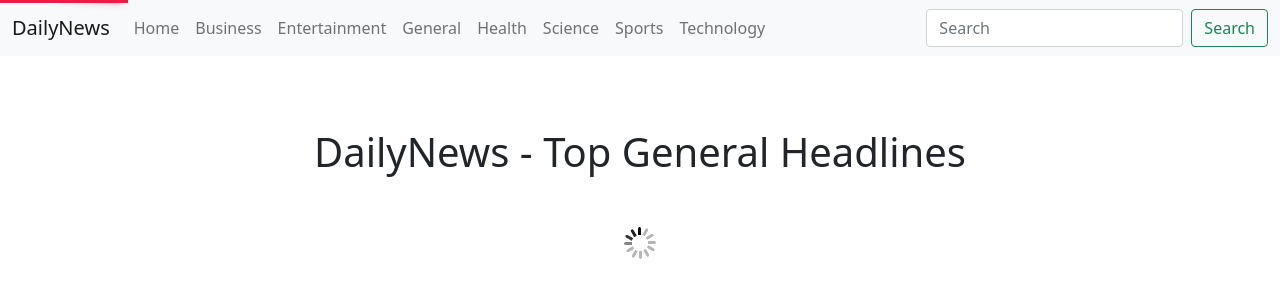
Repository: Bikki084/Daily_News
Page: /
The author's editor kept a copy of each file at every save. The page is drawn from the files as they stood at one save, then again after the next save.
The browser window is 1280 px wide. The pictures show the whole page.
The page's requests for data from a server got no answer. The project was rebuilt for these pictures with package versions that can differ from the ones it lists, and the page was loaded fresh each time. No one was signed in, and anything a server would have sent is missing. Also part of the build but not shown: src/App.css, src/components/NewsItem.js.

Above is the page before, as saved 2021-12-23 00:02:30.

After the next save:
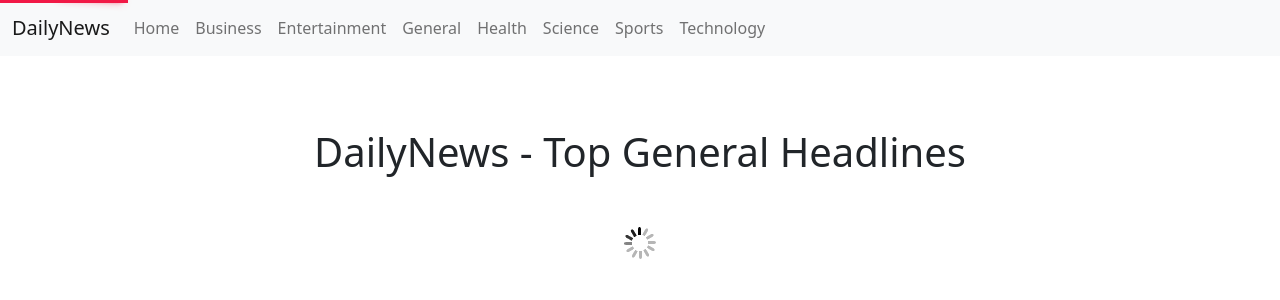
Saved 5 s later.
--- a/src/components/NavBar.js
+++ b/src/components/NavBar.js
@@ -1,9 +1,8 @@
 import React from 'react'
-import { Link, useState } from "react-router-dom";
+import { Link } from "react-router-dom";
 import SearchForm from './SearchForm'
 
 const NavBar = () => {
-
 
     return (
         <div>
@@ -26,7 +25,7 @@
                             <li className="nav-item"><Link className="nav-link" to="/sports">Sports</Link></li>
                             <li className="nav-item"><Link className="nav-link" to="/technology">Technology</Link></li>
                         </ul>
-                        <SearchForm/>
+                        {/* <SearchForm/> */}
                     </div>
                 </div>
             </nav>

After the save that followed:
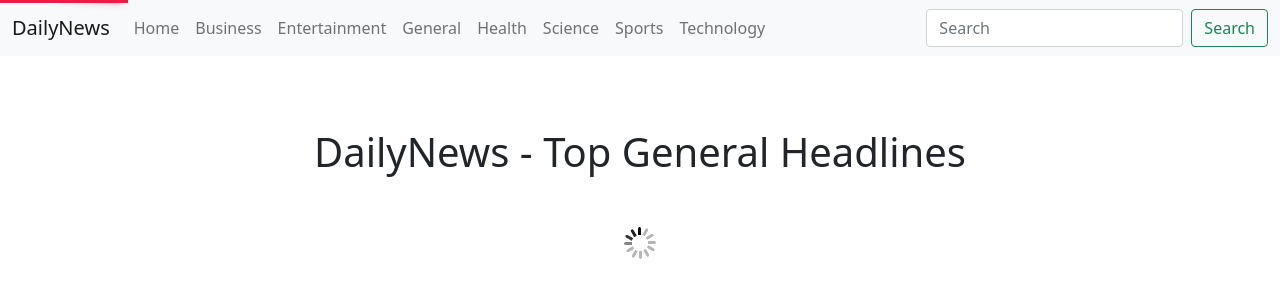
Saved 6 s later.
--- a/src/components/NavBar.js
+++ b/src/components/NavBar.js
@@ -25,7 +25,7 @@
                             <li className="nav-item"><Link className="nav-link" to="/sports">Sports</Link></li>
                             <li className="nav-item"><Link className="nav-link" to="/technology">Technology</Link></li>
                         </ul>
-                        {/* <SearchForm/> */}
+                        <SearchForm/>
                     </div>
                 </div>
             </nav>
